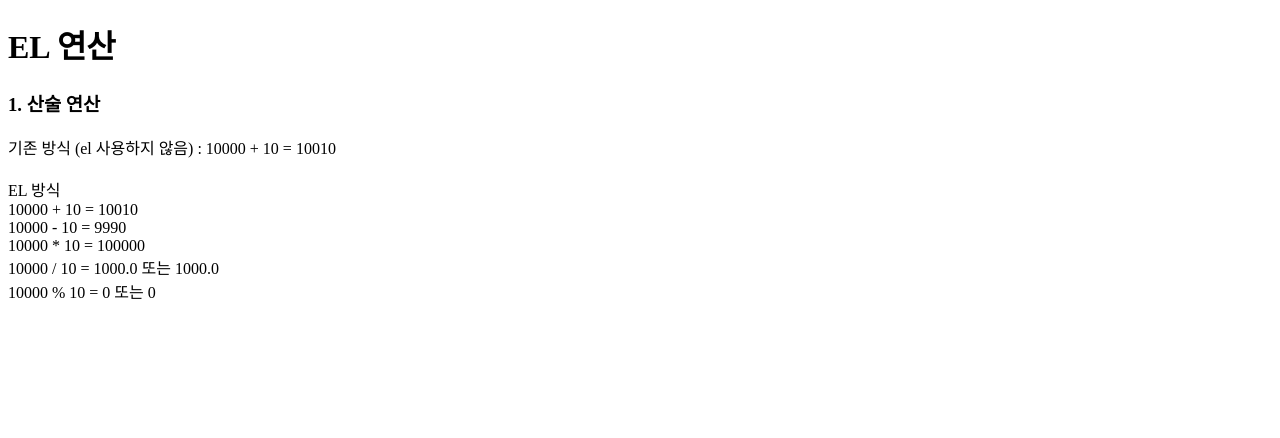
Repository: smjae96/Backup
Page: http://localhost/elActionProject/operation.do
The author's editor kept a copy of each file at every save. The page is drawn from the files as they stood at one save, then again after the next save.
The browser window is 1280 px wide. The pictures show the whole page.
The page is served by Tomcat 9. Other server files are loaded and not shown.

Above is the page before, as saved 2024-03-28 03:25:23.

### 5_JSP/elActionProject/src/main/webapp/views/1_EL/02_elOperation.jsp
<%@ page language="java" contentType="text/html; charset=UTF-8"
    pageEncoding="UTF-8"%>
<!DOCTYPE html>
<html>
<head>
<meta charset="UTF-8">
<title>Insert title here</title>
</head>
<body>
	<h1>EL 연산</h1>


	<h3>1. 산술 연산</h3>
	기존 방식 (el 사용하지 않음) :
		<%= (int)request.getAttribute("big") %> + <%= (int)request.getAttribute("small") %>
		 = <%= (int)request.getAttribute("big") + (int)request.getAttribute("small") %>
 	<br><br>
 	EL 방식 <br>
 	<%-- EL 사용 시 형변환이 필요 없음! 알아서 형변환을 해줌 --%>
 	${ big } + ${ small } = ${ big + small }<br>
 	${ big } - ${ small } = ${ big - small }<br>
 	${ big } * ${ small } = ${ big * small }<br>
 	${ big } / ${ small } = ${ big / small } 또는 ${ big div small }<br>
 	${ big } % ${ small } = ${ big % small } 또는 ${ big mod small }



</body>
</html>

### 5_JSP/elActionProject/src/main/java/com/kh/controller/OperationServlet.java
package com.kh.controller;

import java.io.IOException;
import java.util.ArrayList;

import javax.servlet.ServletException;
import javax.servlet.annotation.WebServlet;
import javax.servlet.http.HttpServlet;
import javax.servlet.http.HttpServletRequest;
import javax.servlet.http.HttpServletResponse;

import com.kh.model.vo.Person;

/**
 * Servlet implementation class OperationServlet
 */
@WebServlet("/operation.do")
public class OperationServlet extends HttpServlet {
	private static final long serialVersionUID = 1L;

    /**
     * @see HttpServlet#HttpServlet()
     */
    public OperationServlet() {
        super();
        // TODO Auto-generated constructor stub
    }

	/**
	 * @see HttpServlet#doGet(HttpServletRequest request, HttpServletResponse response)
	 */
	protected void doGet(HttpServletRequest request, HttpServletResponse response) throws ServletException, IOException {

		request.setAttribute("big", 10000);
		request.setAttribute("small", 10);

		request.setAttribute("str1", "반가워요");
		request.setAttribute("str2", "잘가요");


		request.setAttribute("p1", new Person("아이유", 30 , "여자"));
		request.setAttribute("p2", null);

		ArrayList<String> list1 = new ArrayList<>();
		request.setAttribute("list1", list1);	// 비어있는 리스트 []

		ArrayList<String> list2 = new ArrayList<>();
		list2.add("코딩 버러지 심재윤");
		request.setAttribute("list2", list2);	// 데이터가 담긴 리스트 ["코딩 버러지 심재윤"]

		request.getRequestDispatcher("views/1_EL/02_elOperation.jsp").forward(request, response);

	}

	/**
	 * @see HttpServlet#doPost(HttpServletRequest request, HttpServletResponse response)
	 */
	protected void doPost(HttpServletRequest request, HttpServletResponse response) throws ServletException, IOException {
		// TODO Auto-generated method stub
		doGet(request, response);
	}

}

### 5_JSP/elActionProject/src/main/java/com/kh/model/vo/Person.java
package com.kh.model.vo;

public class Person {

	private String name;
	private int age;
	private String gender;

	public Person() {
		super();
	}
	public Person(String name, int age, String gender) {
		super();
		this.name = name;
		this.age = age;
		this.gender = gender;
	}

	public String getName() {
		return name;
	}
	public void setName(String name) {
		this.name = name;
	}
	public int getAge() {
		return age;
	}
	public void setAge(int age) {
		this.age = age;
	}
	public String getGender() {
		return gender;
	}
	public void setGender(String gender) {
		this.gender = gender;
	}

	@Override
	public String toString() {
		return "Person [name=" + name + ", age=" + age + ", gender=" + gender + "]";
	}

}

After the next save:
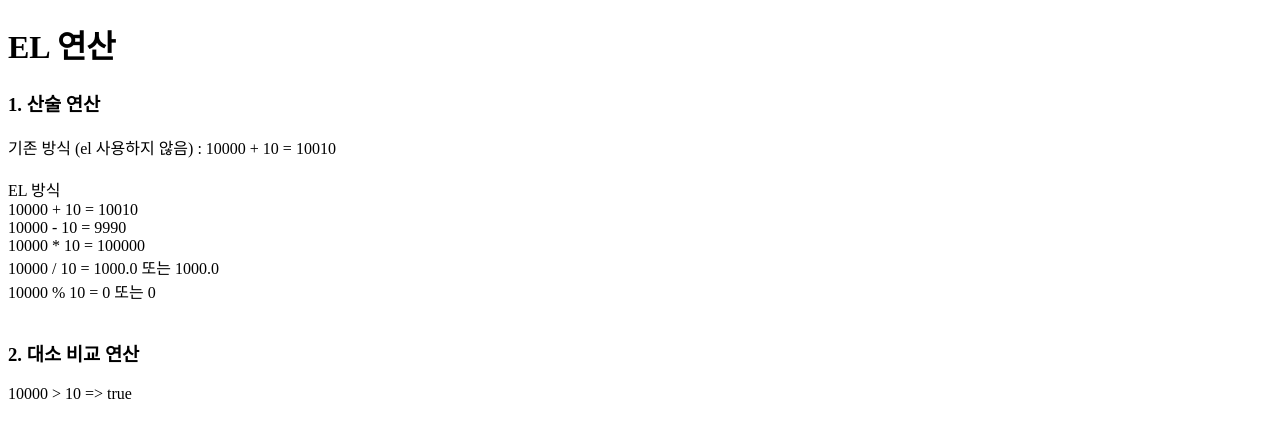
Saved 2 min 48 s later.
--- a/5_JSP/elActionProject/src/main/webapp/views/1_EL/02_elOperation.jsp
+++ b/5_JSP/elActionProject/src/main/webapp/views/1_EL/02_elOperation.jsp
@@ -21,7 +21,11 @@
  	${ big } - ${ small } = ${ big - small }<br>
  	${ big } * ${ small } = ${ big * small }<br>
  	${ big } / ${ small } = ${ big / small } 또는 ${ big div small }<br>
- 	${ big } % ${ small } = ${ big % small } 또는 ${ big mod small }
+ 	${ big } % ${ small } = ${ big % small } 또는 ${ big mod small }<br>
+ 	<br>
+
+ 	<h3>2. 대소 비교 연산</h3>
+ 	${ big } &gt; ${ small } => ${ big > small }
 
 
 
